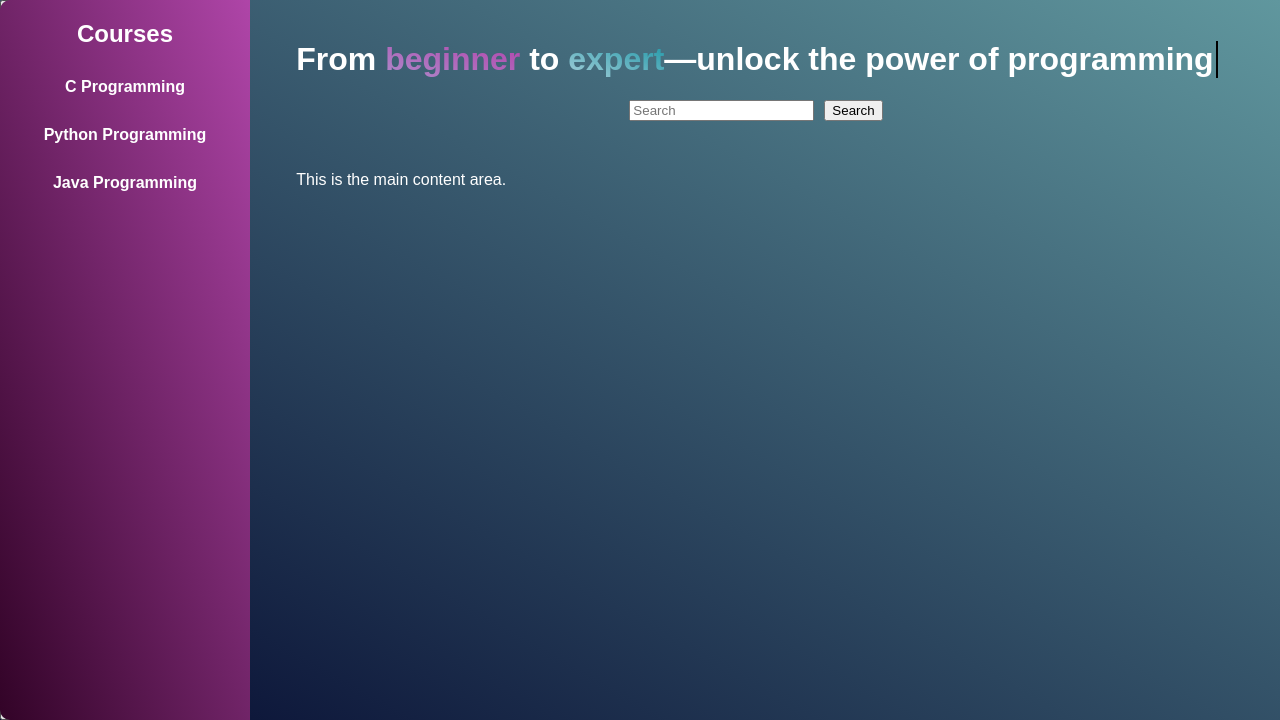
Repository: RishitSharma88/SeaGro
Page: templates/learningcourses.html
An editor plug-in stored every save of this project. The page is shown before and after the next save, followed by the edit.
The browser window is 1280 px wide. The pictures show the whole page.
The template is drawn by Flask 3. The application's start-up code is not run. Other server files are loaded and not shown. The template is opened directly, without the code that normally fills it, so the values that code supplies are empty.

Above is the page before, as saved 2024-12-28 18:28:55.

### templates/learningcourses.html
<!DOCTYPE html>
<html lang="en">
<head>
    <meta charset="UTF-8">
    <meta name="viewport" content="width=device-width, initial-scale=1.0">
    <title>Learning Courses</title>
    <style>
        body {
            margin: 0;
            padding: 0;
            font-family: 'Arial', sans-serif;
            background: linear-gradient(to bottom left, #60979e, #050a30);
            color: #FFFFFF;
            display: flex;
            height: 100vh;
            overflow: hidden;
        }

        .sidebar {
            background: linear-gradient(to bottom left, #af45a8, #320327);
            color: #ffff;
            width: 250px;
            height: 100%;
            border-radius: 10px 0 0 10px;
            overflow: auto;
            display: flex;
            flex-direction: column;
            align-items: center;
            position: fixed;
            left: 0;
            top: 0;
            transition: transform 0.3s ease;
        }
        .h {
            font-size: 24px;
            font-weight: bold;
            text-align: center;
            margin: 20px 0;
        }
        .side-links {
            display: flex;
            flex-direction: column;
            gap: 10px;
            width: 100%;
            padding: 0 10px;
        }

        .side-links a {
            text-decoration: none;
            color: #fff;
            font-size: 1rem;
            font-weight: bold;
            padding: 10px;
            border-radius: 5px;
            text-align: center;
            transition: background-color 0.3s ease;
        }

        .side-links a:hover {
            background-color: rgba(255, 255, 255, 0.2);
        }
        .main-content {
            margin-left: 250px;
            flex: 1;
            padding: 20px;
            transition: margin-left 0.3s ease;
        }
        .typing {
            width: 0;
            overflow: hidden;
            white-space: nowrap;
            border-right: 2px solid black;
            animation: typing 2s steps(20) forwards, blink 1.5s step-end infinite;

        }
        @keyframes typing {
            from {
                width: 0;
            }
            to {
                width: 100%;
            }
        }

        @keyframes blink {
            50% {
                border-color: transparent;
            }
        }
        .highlight {
            background: linear-gradient(to bottom left, #b243ab, #ae89ca); /* Gradient */
            -webkit-background-clip: text;  /* Clip background to text */
            -webkit-text-fill-color: transparent;  /* Make the non-highlight part transparent */
        }

        .expert {
            background: linear-gradient(to bottom left, #1d97a7, #a2cdd8);
            -webkit-background-clip: text;
            -webkit-text-fill-color: transparent;
        }
        .search-container {
    display: flex;
    justify-content: center;
    align-items: center;
    margin-top: 20px; /* Adjust spacing from the heading */
    animation: fadeIn 1.5s ease;
}

.search-form {
    display: flex;
    gap: 10px; /* Space between the input and button */
    flex-wrap: wrap; /* Ensure it remains responsive */
}

.main-area {
    margin-top: 50px; /* Space below the search bar for main content */
}

/* Add a fade-in animation for the search container */
@keyframes fadeIn {
    from {
        opacity: 0;
        transform: translateY(-20px); /* Slide in from above */
    }
    to {
        opacity: 1;
        transform: translateY(0);
    }
}

        /* .titlebox{
            background-color:#af45a8;
            max-width: fit-content;
            padding: 10px;
            display: flex;
            margin-top:30px;
            height:80px;
            width:100%;
        } */

        /*.sidebar.collapsed {
            transform: translateX(-250px);
        }





        .toggle-btn {
            position: fixed;
            top: 50%;
            left: 250px;
            transform: translateY(-50%);
            background: #de7a50;
            color: #fff;
            border: none;
            border-radius: 5px;
            font-size: 20px;
            cursor: pointer;
            transition: left 0.3s ease;
        }

        .toggle-btn.collapsed {
            left: 0;
        }



        .sidebar.collapsed + .main-content {
            margin-left: 0;
        }*/
    </style>
</head>
<body>
    <div class="sidebar">
        <h1 class="h">Courses</h1>
        <div class="side-links">
            <a href="coursetemp.html">C Programming</a>
            <a href="coursetemp.html">Python Programming</a>
            <a href="coursetemp.html">Java Programming</a>
        </div>
    </div>
    <button class="toggle-btn">&#9664;</button>

    <div class="titlebox">
        <div class="main-content">
            <h1 class="typing">
                From <span class="highlight">beginner</span> to <span class="expert">expert</span>—unlock the power of programming
            </h1>
            <div class="search-container">
                <form method="post" class="search-form">
                    <input type="search" name="query" placeholder="Search">
                    <button type="submit" class="button">Search</button>
                </form>
            </div>
            <div class="main-area">
                <p>This is the main content area.</p>
            </div>
        </div>



    <!-- <script>
        const sidebar = document.querySelector('.sidebar');
        const toggleBtn = document.querySelector('.toggle-btn');

        toggleBtn.addEventListener('click', () => {
            sidebar.classList.toggle('collapsed');
            toggleBtn.classList.toggle('collapsed');


            toggleBtn.innerHTML = sidebar.classList.contains('collapsed') ? '&#9654;' : '&#9664;';
        });
    </script> -->
</body>
</html>

After the next save:
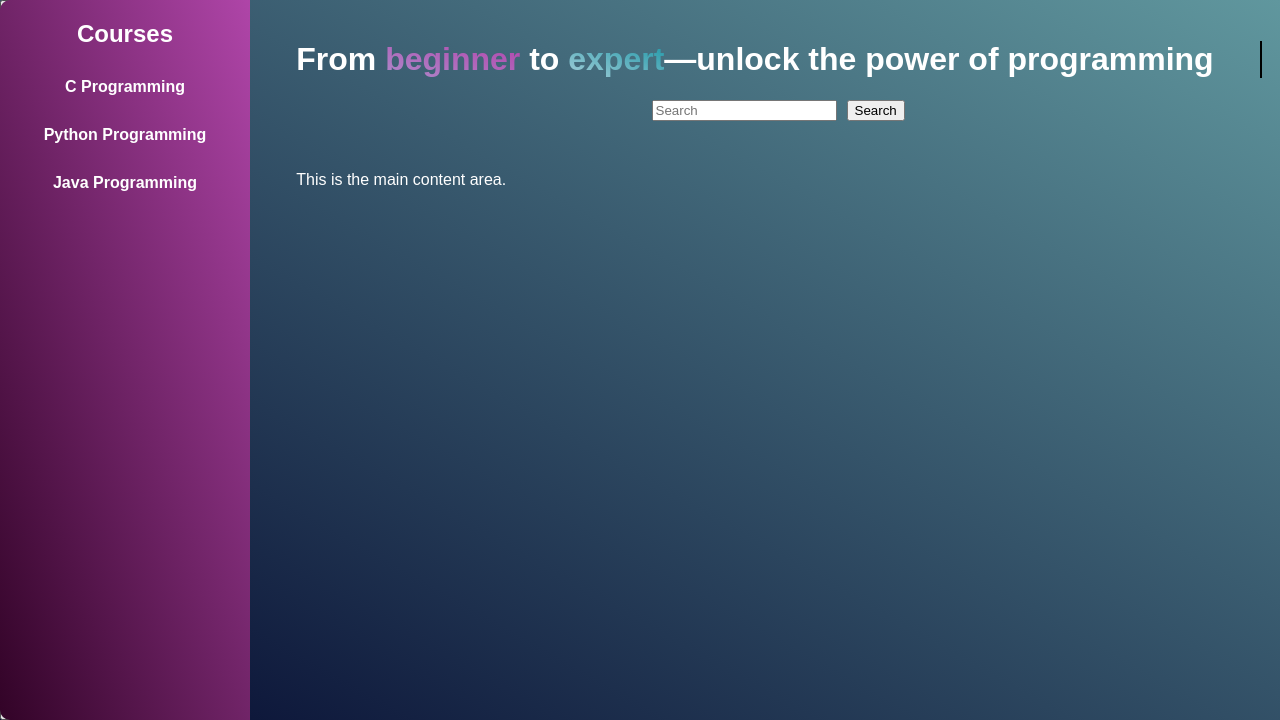
Saved 66 s later.
--- a/templates/learningcourses.html
+++ b/templates/learningcourses.html
@@ -99,34 +99,34 @@
             -webkit-text-fill-color: transparent;
         }
         .search-container {
-    display: flex;
-    justify-content: center;
-    align-items: center;
-    margin-top: 20px; /* Adjust spacing from the heading */
-    animation: fadeIn 1.5s ease;
-}
-
-.search-form {
-    display: flex;
-    gap: 10px; /* Space between the input and button */
-    flex-wrap: wrap; /* Ensure it remains responsive */
-}
-
-.main-area {
-    margin-top: 50px; /* Space below the search bar for main content */
-}
-
-/* Add a fade-in animation for the search container */
-@keyframes fadeIn {
-    from {
-        opacity: 0;
-        transform: translateY(-20px); /* Slide in from above */
-    }
-    to {
-        opacity: 1;
-        transform: translateY(0);
-    }
-}
+        display: flex;
+        justify-content: center;
+        align-items: center;
+        margin-top: 20px;
+        animation: fadeIn 1.5s ease;
+    }
+
+    .search-form {
+        display: flex;
+        gap: 10px;
+        flex-wrap: wrap;
+    }
+
+    .main-area {
+        margin-top: 50px;
+    }
+
+
+    @keyframes fadeIn {
+        from {
+            opacity: 0;
+            transform: translateY(-20px);
+        }
+        to {
+            opacity: 1;
+            transform: translateY(0);
+        }
+    }
 
         /* .titlebox{
             background-color:#af45a8;
@@ -182,7 +182,7 @@
     </div>
     <button class="toggle-btn">&#9664;</button>
 
-    <div class="titlebox">
+    <!-- <div class="titlebox">  -->
         <div class="main-content">
             <h1 class="typing">
                 From <span class="highlight">beginner</span> to <span class="expert">expert</span>—unlock the power of programming
